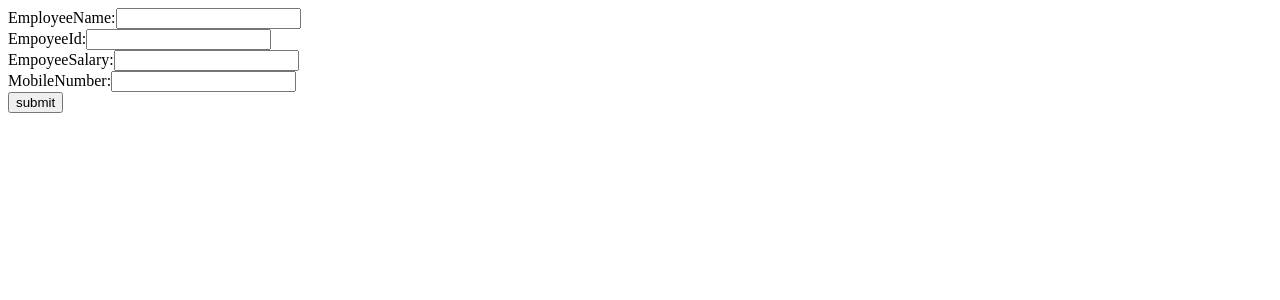
Repository: ashwinipatil321/ServletPrograms
Page: AccessDatabase/WebContent/index.html
These files come from the project's save history. The page is drawn as it stood at one moment and after the next save; the edit follows.
The browser window is 1280 px wide. The pictures show the whole page.

Above is the page before, as saved 2017-11-03 12:31:08.

### AccessDatabase/WebContent/index.html
<!DOCTYPE html>
<html>
<head>
<meta charset="UTF-8">
<title>Insert title here</title>
</head>
<body>
<form action="DataAccessServlet" method="post">
EmployeeName:<input type="text" name="EmployeeName"/><br/>
EmpoyeeId:<input type="text" name="EmployeecId"/><br/>
EmpoyeeSalary:<input type="number" name="EmployeeSalary"><br/>
MobileNumber:<input type="text" name="MobileNumber"><br/>
<input type="submit" value="submit"/>
</form>
</body>
</html>

After the next save:
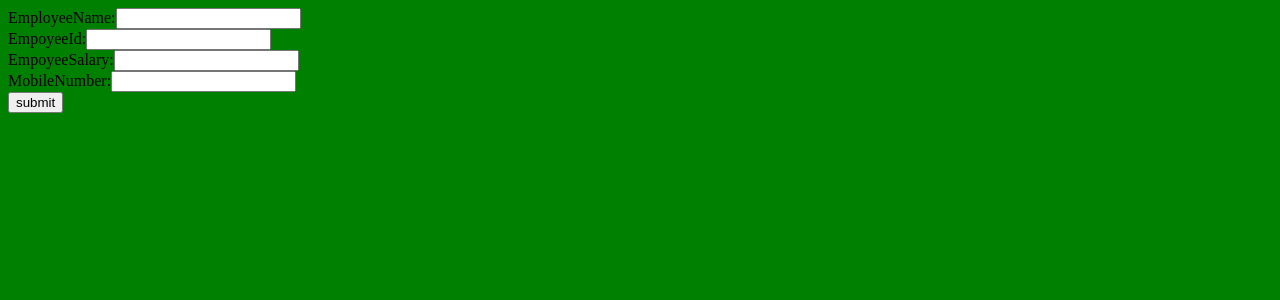
Saved 62 s later.
--- a/AccessDatabase/WebContent/index.html
+++ b/AccessDatabase/WebContent/index.html
@@ -5,6 +5,7 @@
 <title>Insert title here</title>
 </head>
 <body>
+<body bgcolor="green">
 <form action="DataAccessServlet" method="post">
 EmployeeName:<input type="text" name="EmployeeName"/><br/>
 EmpoyeeId:<input type="text" name="EmployeecId"/><br/>
